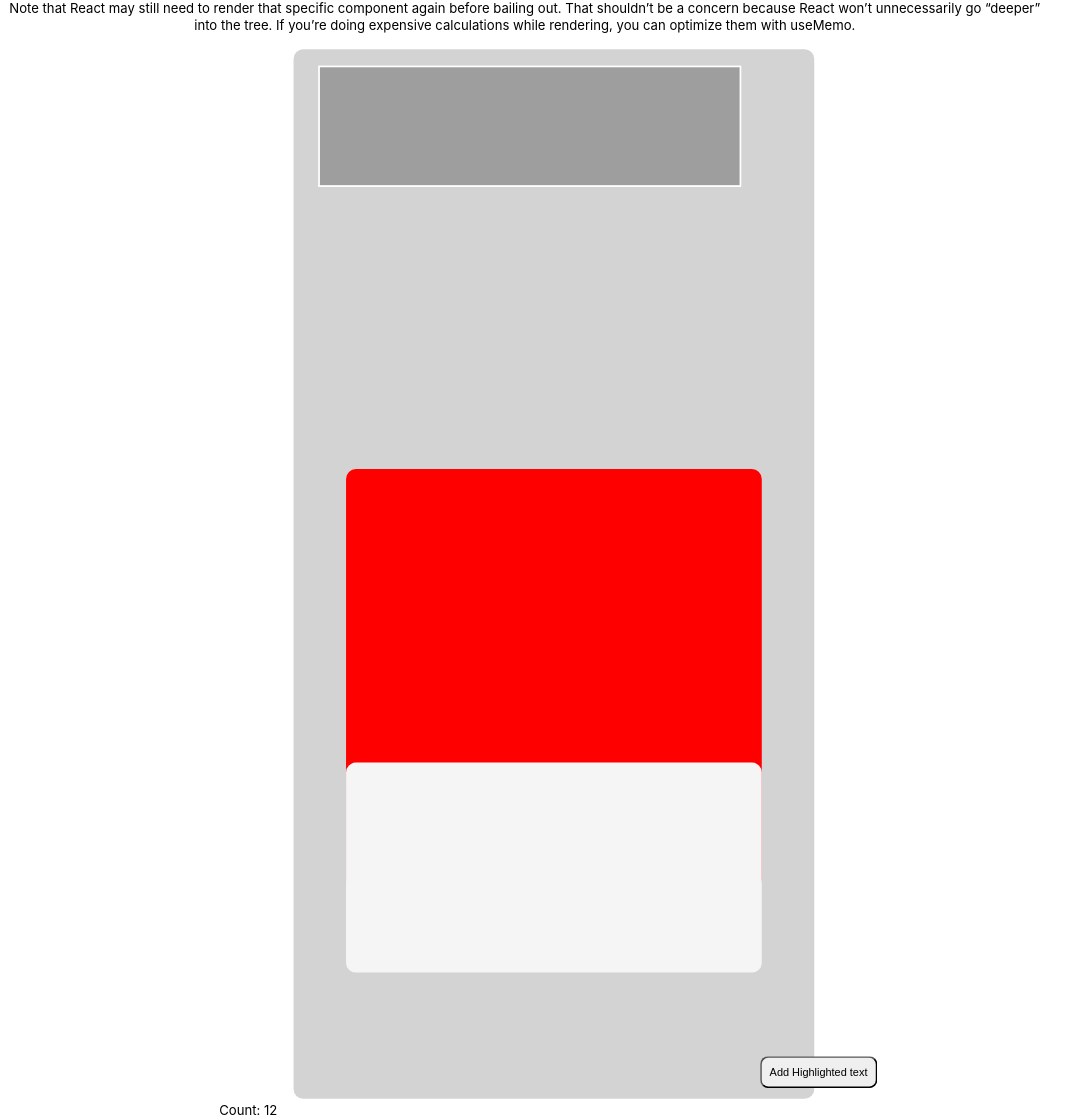
Repository: Farbod29/React-text-highlighter-with-hook-
Page: /
These files come from the project's save history. The page is drawn as it stood at one moment and after the next save; the edit follows.
The browser window is 1280 px wide. The page is 1318 px wide, then 1280 px, so the pictures cover 1318 px, including what lies to the right of the window. The pictures show the whole page, at 82% of full size.
Pictures or frames that could not be fetched are drawn as grey boxes. The project was rebuilt for these pictures with package versions that can differ from the ones it lists, and the page was loaded fresh each time.

Above is the page before, as saved 2022-02-18 23:06:47.

### src/App.js
import './App.css';
import Highlighter from './highlighter';
function App() {
  return (
    <div className="App">
      <Highlighter />
    </div>
  );
}

export default App;

### src/highlighter.js
import React, { useEffect, useState } from 'react';

export default function Highlighter() {
  let doit = () => {
    document.onmouseup = () => {
      console.log(window.getSelection().toString());
    };
  };
  const [count, setCount] = useState(12);
  return (
    <>
      <div>
        {' '}
        Note that React may still need to render that specific component again
        before bailing out. That shouldn’t be a concern because React won’t
        unnecessarily go “deeper” into the tree. If you’re doing expensive
        calculations while rendering, you can optimize them with useMemo.
      </div>
      Count: {count}
      {/* <button onClick={() => setCount((prevCount) => prevCount - 1)}>-</button> */}
      <div
        style={{
          padding: '0px 10px',
          height: '100vw',
          width: '48vw',
          margin: '20px',
          borderRadius: '12px',
          backgroundColor: '#D3D3D3',
          inline: true,
          fontColor: 'red',
          display: 'inline-block',
          textAlign: 'center',
          position: 'relative',
        }}
      >
        <img
          style={{
            height: '20vh',
            width: '40vw',
            position: 'absolute',
            border: '2px solid',
            borderColor: '#ffff',
            left: 30,
            top: 20,
          }}
          src="https://pfrias.couragecompanion.eu/storage/m/_v2/213604778138275840/4f8b684e5-e9314a/vlyvkRQwb3ew/u8hVvH5l5IFvha9MQyXCzPOYLo2SXG3bqIpv6vBg.png"
        ></img>
        <div
          style={{
            // textBox1
            padding: '0px 10px',
            backgroundColor: 'red',
            height: '40vw',
            width: '38vw',
            left: '5vw',
            top: '40vw',
            borderRadius: '12px',
            position: 'absolute',
          }}
        />
        <div
          style={{
            // textBox
            padding: '0px 10px',
            backgroundColor: '#F5F5F5',
            height: '20vw',
            width: '38vw',
            left: '5vw',
            top: '68vw',
            borderRadius: '12px',
            position: 'absolute',
          }}
        />
        <div
          style={{
            top: '500',
            position: 'absolute',
            bottom: '1vw',
            left: '25vw',
            right: '2vw',
            width: '50vw',
          }}
        >
          <button
            style={{ padding: '10px', borderRadius: '10px' }}
            onClick={() => setCount(12)}
          >
            {' '}
            Add Highlighted text{' '}
          </button>
        </div>
      </div>
      {doit()}
    </>
  );
}

Loaded but not shown: public/index.html (common file); src/index.js (common file); src/index.css (common file); src/reportWebVitals.js (common file); src/App.css (common file)

After the next save:
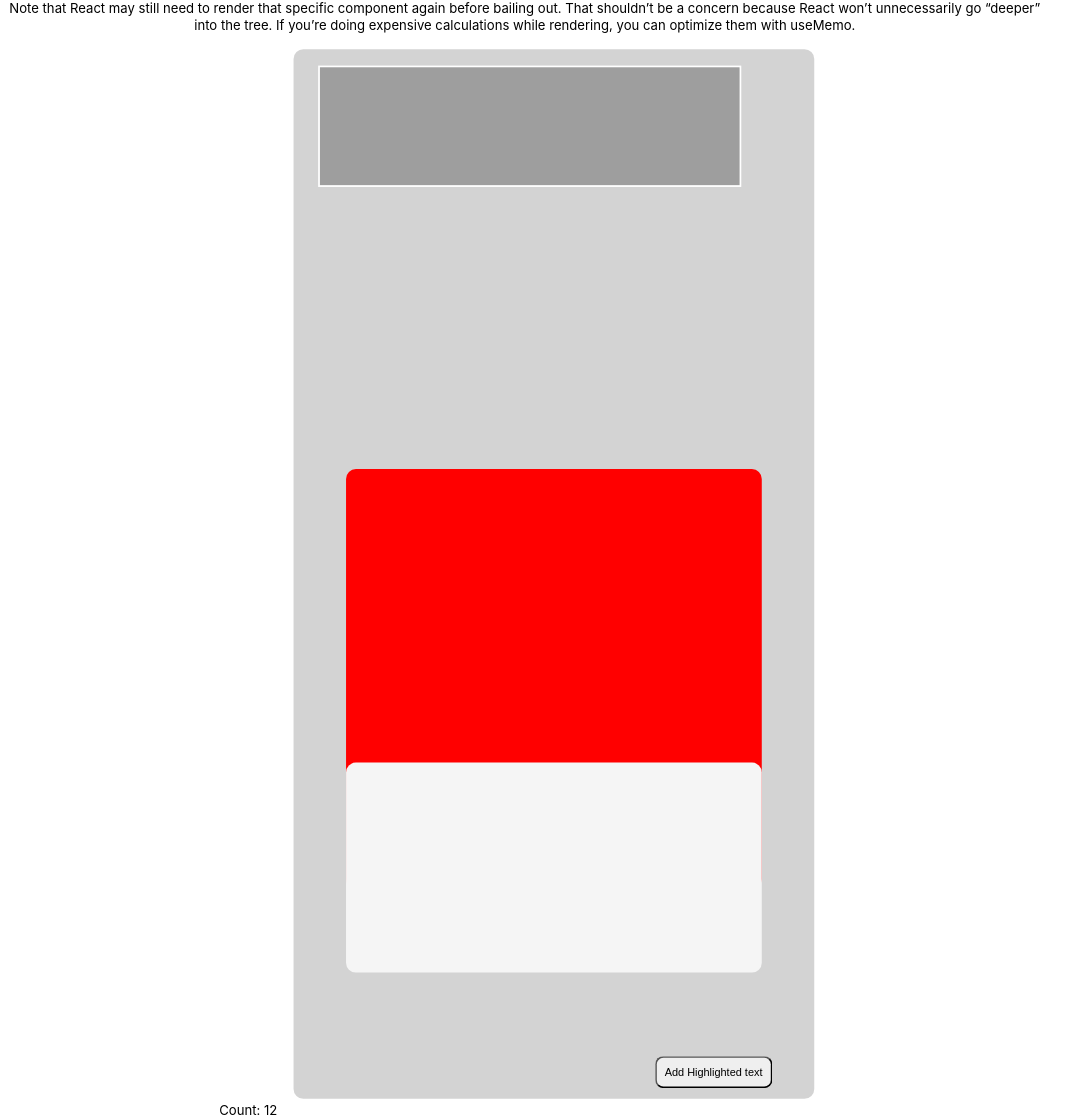
Saved 5 s later.
--- a/src/highlighter.js
+++ b/src/highlighter.js
@@ -78,7 +78,7 @@ export default function Highlighter() {
             bottom: '1vw',
             left: '25vw',
             right: '2vw',
-            width: '50vw',
+            width: '30vw',
           }}
         >
           <button
